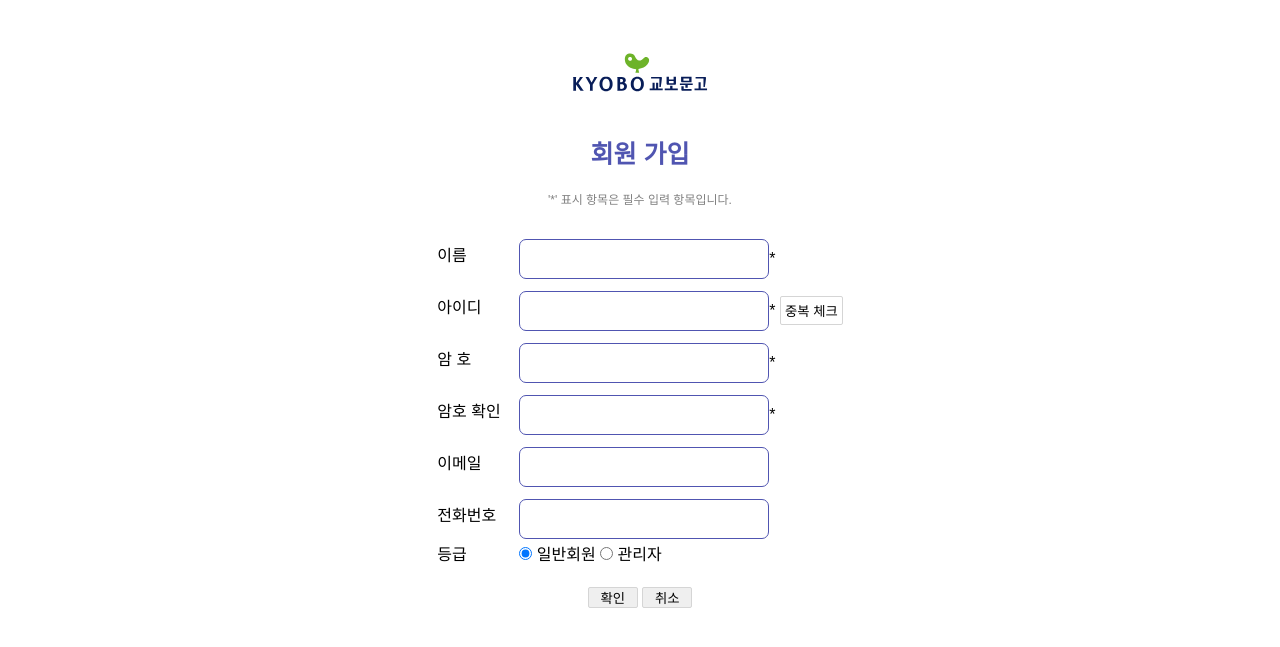
Repository: Yundanbi/Kyobo
Page: http://localhost/kyobo/join.do
These files come from the project's save history. The page is drawn as it stood at one moment and after the next save; the edit follows.
The browser window is 1280 px wide. The pictures show the whole page.
The page is served by Tomcat 9. Other server files are loaded and not shown.

Above is the page before, as saved 2025-06-18 00:55:22.

### kyobo/src/main/webapp/member/join.jsp
<%@ page language="java" contentType="text/html; charset=UTF-8"
	pageEncoding="UTF-8"%>
<%
String path = request.getContextPath();
%>
<!DOCTYPE html>
<html>
<head>
<meta charset="UTF-8">
<style>
* {
	margin: 0;
	padding: 0;
	box-sizing: border-box;
}

body {
	font-family: sans-serif;
	display: flex;
	justify-content: center;
	align-items: center;
	background: #fff;
	padding: 50px;
	flex-direction: column;
	transform-origin: top center;
}

.logo img {
	height: 50px;
	margin-bottom: 30px;
	width: 170px;
}

h2 {
	font-size: 25px;
	color: #5055b1;
	margin-bottom:10px;
}

p {
	font-size: 12px;
	color: gray;
	margin-top: 10px;
	margin-bottom: 20px;
}

.inputbox {
	width: 250px;
	height: 40px;
	background-color: white;
	border-radius: 7px;
	border: 1px solid #5055b1;
	font-size: 16px;
	margin-top: 10px;
	font-weight: bold;
	padding-left: 10px;
}

td.tdbox {
	margin-bottom: 10px;
}

.checkbtn {
	background-color: white;
	border: 1px solid #d5d5d5;
	border-radius: 2px;
	padding: 4px;
}

.btn {
	border: 1px solid #d5d5d5;
	border-radius: 2px;
	width: 50px;
	margin-top: 20px;
}

td.radio {
	margin-top: 30px;
}
</style>
<script src="<%=path%>/script/member.js"></script>
<title>회원가입</title>

<script>
	function idCheck() {
		let userid = document.frm.userid.value;
		if (userid === "") {
			alert("아이디를 입력해 주세요.");
			document.frm.userid.focus();
			return;
		}

		const url = "<%=request.getContextPath()%>/idcheck.do?userid=" + userid;
		console.log("idcheck로 열리는 주소: " + url); // 디버깅용
		window.open(url, "chkid", "width=400,height=200");
	}
</script>

</head>
<body>
	<div class="logo">
		<a href="<%=path%>/index.jsp"> <img
			src="<%=path%>/img/logo_book.svg" alt="교보문고 로고" />
		</a>
	</div>
	<h2>회원 가입</h2>
	<p>'*' 표시 항목은 필수 입력 항목입니다.</p>
	<form action="<%=request.getContextPath()%>/join.do" method="post"
		name="frm">
		<table>
			<tr>
				<td class="tdbox">이름</td>
				<td><input class="inputbox" type="text" name="username"
					size="20">*</td>
			</tr>
			<tr>
				<td class="tdbox">아이디</td>
				<td><input class="inputbox" type="text" name="userid" size="20"
					id="userid">* <input type="hidden" name="reid" size="20">
					<input class="checkbtn" type="button" value="중복 체크"
					onclick="idCheck()"></td>
			</tr>
			<tr>
				<td class="tdbox">암 호</td>
				<td><input class="inputbox" type="password" name="pwd"
					size="20">*</td>
			</tr>
			<tr height="30">
				<td class="tdbox" width="80">암호 확인</td>
				<td><input class="inputbox" type="password" name="pwd_check"
					size="20">*</td>
			</tr>
			<tr>
				<td class="tdbox">이메일</td>
				<td><input class="inputbox" type="text" name="email" size="20"></td>
			</tr>
			<tr>
				<td class="tdbox">전화번호</td>
				<td><input class="inputbox" type="text" name="phone" size="20"></td>
			</tr>
			<tr>
				<td class="tdbox">등급</td>
				<td class="radio"><input type="radio" name="admin" value="0"
					checked="checked"> 일반회원 <input type="radio" name="admin"
					value="1"> 관리자</td>
			</tr>
			<tr>
				<td colspan="2" align="center"><input class="btn" type="submit"
					value="확인" onclick="return joinCheck()"> <input class="btn"
					type="reset" value="취소"></td>
			</tr>
			<tr>
				<td colspan="2">${message }</td>
			</tr>
		</table>
	</form>
</body>
</html>

### kyobo/src/main/java/com/danbi/controller/JoinServlet.java
package com.danbi.controller;

import java.io.IOException;

import javax.servlet.RequestDispatcher;
import javax.servlet.ServletException;
import javax.servlet.annotation.WebServlet;
import javax.servlet.http.HttpServlet;
import javax.servlet.http.HttpServletRequest;
import javax.servlet.http.HttpServletResponse;
import javax.servlet.http.HttpSession;

import com.danbi.dao.MemberDAO;
import com.danbi.dto.MemberVO;

@WebServlet("/join.do")
public class JoinServlet extends HttpServlet {
	private static final long serialVersionUID = 1L;



	protected void doGet(HttpServletRequest request, HttpServletResponse response) throws ServletException, IOException {
			RequestDispatcher dispatcher = request.getRequestDispatcher("member/join.jsp");
			dispatcher.forward(request, response);
	}


	protected void doPost(HttpServletRequest request, HttpServletResponse response) throws ServletException, IOException {
		request.setCharacterEncoding("UTF-8");

		String username = request.getParameter("username");
		String userid = request.getParameter("userid");
		String pwd = request.getParameter("pwd");
		String email = request.getParameter("email");
		String phone = request.getParameter("phone");
		String admin = request.getParameter("admin");

		MemberVO mVo = new MemberVO();
		mVo.setUsername(username);
		mVo.setUserid(userid);
		mVo.setPwd(pwd);
		mVo.setEmail(email);
		mVo.setPhone(phone);
		mVo.setAdmin(Integer.parseInt(admin));

		MemberDAO mDao = MemberDAO.getInstance();
		int result = mDao.insertMember(mVo);

		HttpSession session = request.getSession();

		if (result == 1) {
			session.setAttribute("userid", mVo.getUserid());
			request.setAttribute("message", "회원가입에 성공했습니다.");
		} else {
			request.setAttribute("message", "회원가입에 실패했습니다.");
		}

		RequestDispatcher dispatcher = request.getRequestDispatcher("member/login.jsp");
		dispatcher.forward(request, response);
	}

}

### kyobo/src/main/webapp/script/member.js
function loginCheck(){
			if(document.frm.userid.value.length ==0 ){
						alert("아이디를 써주세요");
						frm.userid.focus();
						return false;
			}
			if (document.frm.pwd.value == ""){
				alert("암호는 반드시 입력해야합니다.")
				frm.pwd.focus();
				return false;
			}
			console.log("loginCheck 호출됨");
			return true;

}

function idCheck() {
	if (document.frm.userid.value == "") {
		alert('아이디를 입력하여 주십시오.');
		document.frm.userid.focus();
		return;
	}
	var url = "idcheck.do?userid=" + document.frm.userid.value;
	window.open(url, "_blank_1", "toolbar=no, menubar=no, scrollbars=yes, resizable=no, width=450, height=200");
}

function idok(userid) {
	opener.frm.userid.value = document.frm.userid.value;
	opener.frm.reid.value = document.frm.userid.value;
	self.close();
}


function joinCheck() {
	if (document.frm.username.value.length == 0) {
		alert("이름을 써주세요.");
		frm.username.focus();
		return false;
	}
	if (document.frm.userid.value.length == 0) {
		alert("아이디를 써주세요");
		frm.userid.focus();
		return false;
	}
	if (document.frm.userid.value.length < 4) {
		alert("아이디는 4글자이상이어야 합니다.");
		frm.userid.focus();
		return false;
	}
	if (document.frm.pwd.value == "") {
		alert("암호는 반드시 입력해야 합니다.");
		frm.pwd.focus();
		return false;
	}
	if (document.frm.pwd.value != document.frm.pwd_check.value) {
		alert("암호가 일치하지 않습니다.");
		frm.pwd.focus();
		return false;
	}
	if (document.frm.reid.value.length == 0) {
		alert("중복 체크를 하지 않았습니다.");
		frm.userid.focus();
		return false;
	}
	return true;
}

### kyobo/src/main/webapp/img/logo_book.svg
<svg width="120" height="44" viewBox="0 0 120 44" fill="none" xmlns="http://www.w3.org/2000/svg">
<path d="M30.1306 23.4481C29.3894 23.4192 28.6499 23.5392 27.9559 23.8009C27.2618 24.0627 26.6272 24.4609 26.0896 24.9721C25.4974 25.6293 25.0405 26.3968 24.745 27.2307C24.4495 28.0646 24.3213 28.9486 24.3676 29.8321C24.3214 30.7154 24.4497 31.5992 24.7452 32.4329C25.0407 33.2666 25.4975 34.0339 26.0896 34.6911C27.2059 35.6822 28.6469 36.2295 30.1396 36.2295C31.6324 36.2295 33.0734 35.6822 34.1896 34.6911C35.37 33.3561 35.9803 31.6117 35.8896 29.8321C35.9807 28.052 35.3704 26.3072 34.1896 24.9721C33.6485 24.4611 33.0108 24.0632 32.3141 23.8015C31.6173 23.5398 30.8744 23.4197 30.1306 23.4481ZM32.4686 33.3601C32.1866 33.705 31.8291 33.9805 31.4238 34.1655C31.0184 34.3505 30.576 34.44 30.1306 34.4271C29.6876 34.4399 29.2475 34.3504 28.8448 34.1653C28.442 33.9802 28.0874 33.7046 27.8086 33.3601C27.1286 32.3144 26.8088 31.0752 26.8976 29.8311C26.8113 28.5871 27.1309 27.3487 27.8086 26.3021C28.0884 25.9597 28.4436 25.6867 28.8464 25.5046C29.2493 25.3224 29.6888 25.236 30.1306 25.2521C30.5747 25.2362 31.0166 25.3227 31.4219 25.5048C31.8273 25.6868 32.1854 25.9596 32.4686 26.3021C33.1428 27.3499 33.4587 28.5883 33.3686 29.8311C33.4612 31.0737 33.1452 32.3136 32.4686 33.3601Z" fill="#081D58"/>
<path d="M61.6955 24.972C60.5738 23.9897 59.1335 23.4482 57.6425 23.4482C56.1514 23.4482 54.7112 23.9897 53.5895 24.972C52.4004 26.3029 51.7857 28.0498 51.8795 29.832C51.7879 31.6147 52.4047 33.3612 53.5955 34.691C54.7127 35.6826 56.1547 36.2302 57.6485 36.2302C59.1423 36.2302 60.5842 35.6826 61.7015 34.691C62.8838 33.3572 63.4944 31.612 63.4015 29.832C63.4951 28.0516 62.8845 26.3059 61.7015 24.972M59.9815 33.36C59.6923 33.6952 59.3344 33.964 58.9319 34.1483C58.5295 34.3326 58.0921 34.428 57.6495 34.428C57.2069 34.428 56.7694 34.3326 56.367 34.1483C55.9646 33.964 55.6066 33.6952 55.3175 33.36C54.6408 32.3134 54.3225 31.0753 54.4105 29.832C54.3251 28.5887 54.6432 27.3511 55.3175 26.303C55.6098 25.973 55.9688 25.7088 56.3708 25.5278C56.7728 25.3468 57.2086 25.2532 57.6495 25.2532C58.0903 25.2532 58.5262 25.3468 58.9282 25.5278C59.3302 25.7088 59.6892 25.973 59.9815 26.303C60.655 27.3516 60.9708 28.59 60.8815 29.833C60.9735 31.0757 60.6575 32.3144 59.9815 33.361" fill="#081D58"/>
<path d="M18.673 35.938C18.567 35.8236 18.485 35.6891 18.4319 35.5424C18.3788 35.3957 18.3557 35.2398 18.364 35.084V30.648L22.5 23.717H19.668C19.868 23.917 19.892 24.247 19.644 24.637L17.405 28.517C15.522 25.108 15.524 25.011 15.183 24.389C14.918 23.921 14.692 23.717 14.189 23.717H11.959C12.2518 24.0303 12.5008 24.3818 12.699 24.762L15.999 30.616V35.083C16.0074 35.2388 15.9844 35.3946 15.9315 35.5412C15.8786 35.6879 15.7968 35.8225 15.691 35.937L18.673 35.938Z" fill="#081D58"/>
<path d="M39.834 35.9381C39.9407 35.8241 40.0233 35.6897 40.0768 35.5429C40.1302 35.3961 40.1534 35.2401 40.145 35.0841V24.5671C40.154 24.4112 40.131 24.2552 40.0776 24.1085C40.0241 23.9618 39.9412 23.8276 39.834 23.7141H43.881C45.821 23.7141 47.515 24.6501 47.515 26.4681C47.5261 26.933 47.417 27.3929 47.1981 27.8032C46.9793 28.2135 46.6582 28.5603 46.266 28.8101C46.9198 29.0312 47.4878 29.4517 47.8902 30.0124C48.2925 30.5732 48.509 31.2459 48.509 31.9361C48.5097 32.5169 48.3773 33.0901 48.122 33.6117C47.8666 34.1333 47.4951 34.5895 47.036 34.9451C46.134 35.6368 45.0165 35.9875 43.881 35.9351L39.834 35.9381ZM42.514 28.3321C43.0984 28.3909 43.6885 28.3195 44.242 28.1231C44.4946 28.024 44.7102 27.8488 44.8588 27.6218C45.0075 27.3949 45.082 27.1273 45.072 26.8561C45.061 26.6613 45.0112 26.4707 44.9257 26.2953C44.8402 26.12 44.7205 25.9634 44.5738 25.8349C44.4271 25.7063 44.2562 25.6082 44.0711 25.5465C43.886 25.4847 43.6905 25.4604 43.496 25.4751C43.1641 25.4638 42.8325 25.506 42.514 25.6001V28.3321ZM45.162 33.8801C45.4542 33.6872 45.6888 33.4187 45.8408 33.1032C45.9927 32.7877 46.0564 32.4369 46.025 32.0881C46.0113 31.8045 45.9394 31.5268 45.8139 31.2721C45.6883 31.0175 45.5117 30.7914 45.2951 30.6078C45.0785 30.4243 44.8264 30.2873 44.5546 30.2053C44.2828 30.1233 43.997 30.098 43.715 30.1311C43.3139 30.1271 42.9129 30.1505 42.515 30.2011V34.1181C43.3981 34.3546 44.3365 34.2699 45.163 33.8791" fill="#081D58"/>
<path d="M1.31002 35.0839C1.3183 35.2398 1.29512 35.3957 1.24186 35.5424C1.18861 35.6891 1.10636 35.8236 1.00002 35.9379H3.98802C3.88159 35.8237 3.79928 35.6892 3.74602 35.5425C3.69276 35.3957 3.66963 35.2398 3.67802 35.0839V30.3089L7.14702 35.2669C7.2425 35.47 7.39425 35.6415 7.58426 35.761C7.77428 35.8804 7.99458 35.9429 8.21902 35.9409H10.619C10.2919 35.6272 10.003 35.2762 9.75802 34.8949L5.83802 29.3409L9.83802 23.7169H6.89902C7.05102 23.9169 7.07102 24.1659 6.78402 24.6469L3.68402 29.1249V24.5669C3.67511 24.411 3.69799 24.2548 3.75128 24.108C3.80457 23.9612 3.88716 23.8268 3.99402 23.7129H0.999023C1.10579 23.8269 1.18832 23.9613 1.2416 24.1081C1.29489 24.2549 1.31782 24.411 1.30902 24.5669L1.31002 35.0839Z" fill="#081D58"/>
<path d="M67.2346 6.979C66.9569 6.72281 66.6307 6.52493 66.2752 6.39705C65.9197 6.26917 65.5421 6.2139 65.1649 6.2345C64.7877 6.25511 64.4184 6.35117 64.0789 6.51701C63.7395 6.68285 63.4367 6.91509 63.1886 7.2C61.7756 8.686 60.6766 9.239 59.3676 9.183C57.5396 9.104 56.6376 7.691 55.6986 5.907C55.3312 5.05654 54.7264 4.33002 53.9566 3.81445C53.1869 3.29888 52.2849 3.01611 51.3586 3C50.7138 3.00446 50.0767 3.14038 49.4862 3.39946C48.8957 3.65853 48.3643 4.03532 47.9243 4.50677C47.4844 4.97823 47.1453 5.53446 46.9276 6.14144C46.71 6.74843 46.6185 7.39343 46.6586 8.037C46.6945 9.62273 47.1673 11.1678 48.025 12.502C48.8827 13.8363 50.0919 14.9079 51.5196 15.599C53.1121 16.3981 54.8641 16.8284 56.6456 16.858C56.5252 17.9401 56.2905 19.0063 55.9456 20.039H59.3086C58.9494 18.9729 58.7103 17.8701 58.5956 16.751C63.5216 16.112 65.8596 13.872 67.1416 11.74C67.6834 10.9123 67.9875 9.95171 68.0206 8.963C68.0307 8.59686 67.967 8.23243 67.8334 7.89141C67.6997 7.55039 67.4988 7.23976 67.2426 6.978M51.3816 9.536C51.0412 9.55969 50.7014 9.48175 50.4053 9.31206C50.1092 9.14237 49.8701 8.88857 49.7185 8.58286C49.5668 8.27714 49.5094 7.93328 49.5534 7.59486C49.5974 7.25645 49.741 6.93873 49.9658 6.682C50.1906 6.42527 50.4866 6.24108 50.8163 6.1528C51.1459 6.06452 51.4944 6.07612 51.8174 6.18613C52.1405 6.29614 52.4236 6.49961 52.6308 6.77073C52.8381 7.04185 52.9602 7.36841 52.9816 7.709C53.0104 8.16315 52.8583 8.61024 52.5585 8.95258C52.2587 9.29492 51.8356 9.50467 51.3816 9.536Z" fill="#6DB329"/>
<path d="M113.393 28.3181H111.536V33.8781H107.988V35.3341H119.006V33.8781H113.398L113.393 28.3181Z" fill="#081D58"/>
<path d="M115.861 32.4649H117.072C117.526 30.1329 117.848 27.2179 118.036 25.2649C118.141 24.2109 118.146 23.6589 117.199 23.6589H108.923V25.1139H115.861V32.4649Z" fill="#081D58"/>
<path d="M97.3025 28.4399H105.357V23.6089H96.1495V27.2859C96.1264 27.4429 96.1403 27.603 96.19 27.7537C96.2398 27.9044 96.3239 28.0413 96.4359 28.1538C96.5478 28.2662 96.6844 28.351 96.8349 28.4013C96.9853 28.4517 97.1454 28.4663 97.3025 28.4439M103.285 26.9849H98.2225V25.0639H103.285V26.9849Z" fill="#081D58"/>
<path d="M98.4728 31.853H96.4028V34.72C96.3794 34.8765 96.3929 35.0363 96.4422 35.1867C96.4915 35.337 96.5752 35.4738 96.6867 35.5861C96.7982 35.6984 96.9344 35.783 97.0844 35.8334C97.2344 35.8837 97.3941 35.8983 97.5508 35.876H105.38V34.42H98.4718L98.4728 31.853Z" fill="#081D58"/>
<path d="M95.1123 30.9089H99.9243V33.1769H101.995V30.9089H106.38V29.4529H95.1123V30.9089Z" fill="#081D58"/>
<path d="M76.0076 28.7119H74.1516V33.8779H72.8866V28.7119H71.0286V33.8779H68.5166V35.3349H79.9866V33.8779H76.0036L76.0076 28.7119Z" fill="#081D58"/>
<path d="M77.0538 32.4649H78.2638C78.7188 30.1329 79.0388 27.2179 79.2288 25.2649C79.3288 24.2109 79.3398 23.6589 78.3908 23.6589H69.7568V25.1139H77.0568L77.0538 32.4649Z" fill="#081D58"/>
<path d="M88.5873 31.3931H86.5163V33.8791H81.7773V35.3351H93.2573V33.8781H88.5873V31.3931Z" fill="#081D58"/>
<path d="M84.5396 30.6091H90.4896C90.6465 30.6314 90.8064 30.6168 90.9566 30.5666C91.1069 30.5163 91.2434 30.4317 91.3553 30.3195C91.4672 30.2074 91.5514 30.0706 91.6013 29.9202C91.6511 29.7698 91.6653 29.6099 91.6426 29.4531V23.5381H89.5676V25.9381H85.4596V23.5381H83.3846V29.4531C83.3618 29.6101 83.376 29.7702 83.4259 29.9208C83.4759 30.0714 83.5603 30.2082 83.6725 30.3205C83.7846 30.4327 83.9214 30.5172 84.0719 30.5673C84.2224 30.6174 84.3826 30.6317 84.5396 30.6091ZM89.5686 27.3881V29.3571H85.4606V27.3881H89.5686Z" fill="#081D58"/>
</svg>

After the next save:
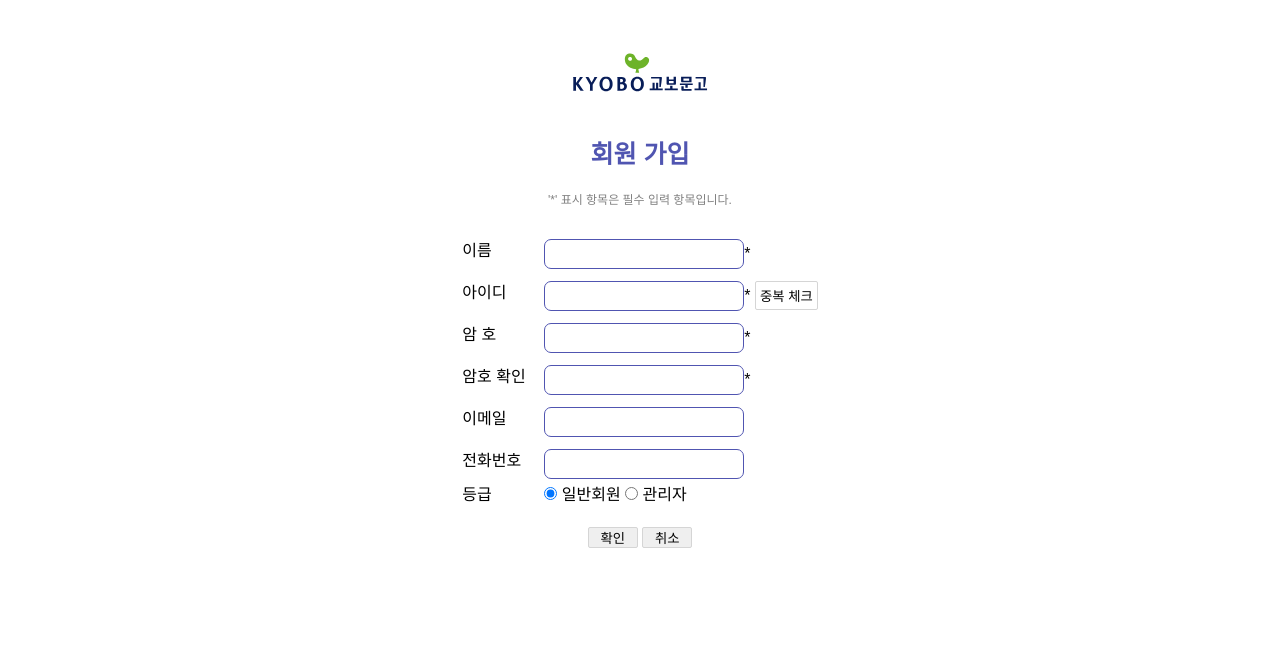
Saved 20 s later.
--- a/kyobo/src/main/webapp/member/join.jsp
+++ b/kyobo/src/main/webapp/member/join.jsp
@@ -45,14 +45,14 @@
 }
 
 .inputbox {
-	width: 250px;
-	height: 40px;
+	width: 200px;
+	height: 30px;
 	background-color: white;
 	border-radius: 7px;
 	border: 1px solid #5055b1;
-	font-size: 16px;
+	font-size: 14px;
 	margin-top: 10px;
-	font-weight: bold;
+	font-weight: 200%;
 	padding-left: 10px;
 }
 
